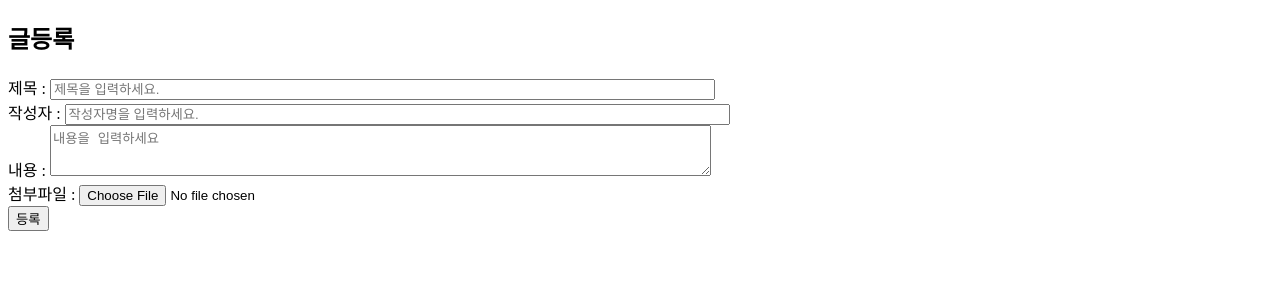
Repository: Park147/Django
Page: jango/pyboard/board/templates/board/register.html
An editor plug-in stored every save of this project. The page is shown before and after the next save, followed by the edit.
The browser window is 1280 px wide. The pictures show the whole page.

Above is the page before, as saved 2023-07-18 07:20:10.

After the next save:
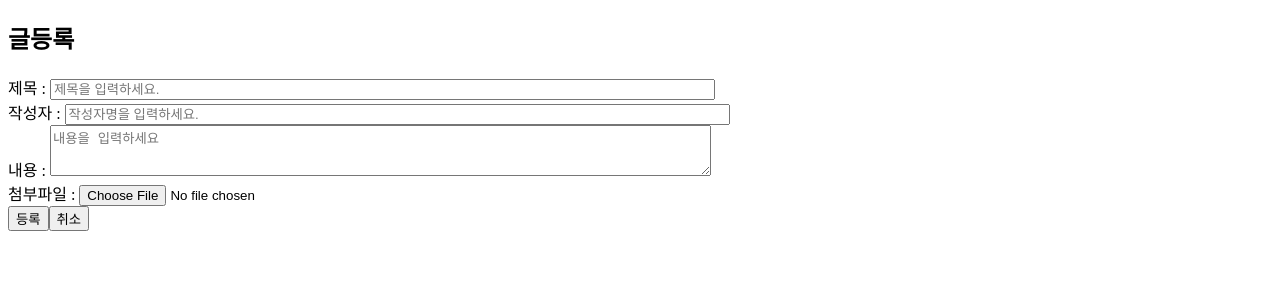
Saved 33 s later.
--- a/jango/pyboard/board/templates/board/register.html
+++ b/jango/pyboard/board/templates/board/register.html
@@ -11,7 +11,7 @@
 		<div> 작성자 : <input type="text" name="writer" size="80" placeholder="작성자명을 입력하세요."> </div>
 		<div> 내용 : <textarea rows="3" cols="80" name="content" placeholder="내용을 입력하세요"></textarea> </div>
 		<div style="width:800px"> 첨부파일 : <input type="file" name="file" size="80"> </div>
-		<div><button type="submit">등록</button> </div>
+		<div><button type="submit">등록</button><button type="reset">취소</button> </div>
 	</form>
 </body>
 </html>
